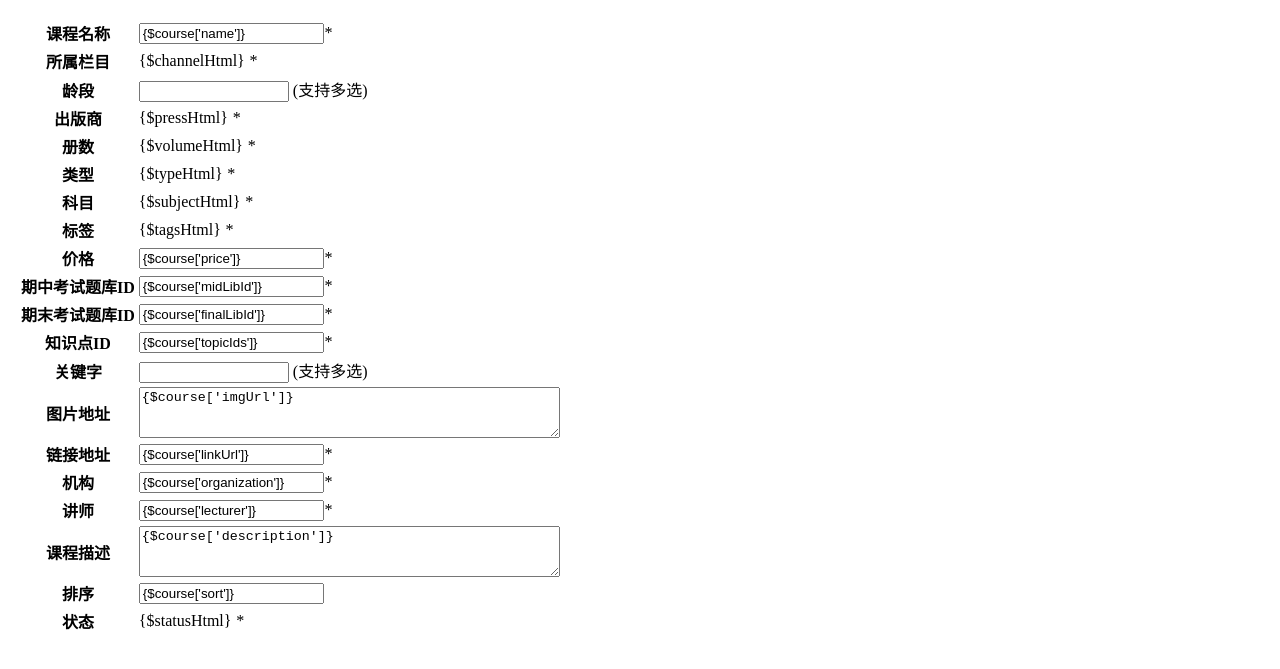
Repository: pridewu/hipi
Page: Education_dev_platform/branches/v1/Application/System/View/v1/Role/edit.html
The author's editor kept a copy of each file at every save. The page is drawn from the files as they stood at one save, then again after the next save.
The browser window is 1280 px wide. The pictures show the whole page.

Above is the page before, as saved 2014-12-05 11:00:17.
Console error: ReferenceError: $ is not defined

After the next save:
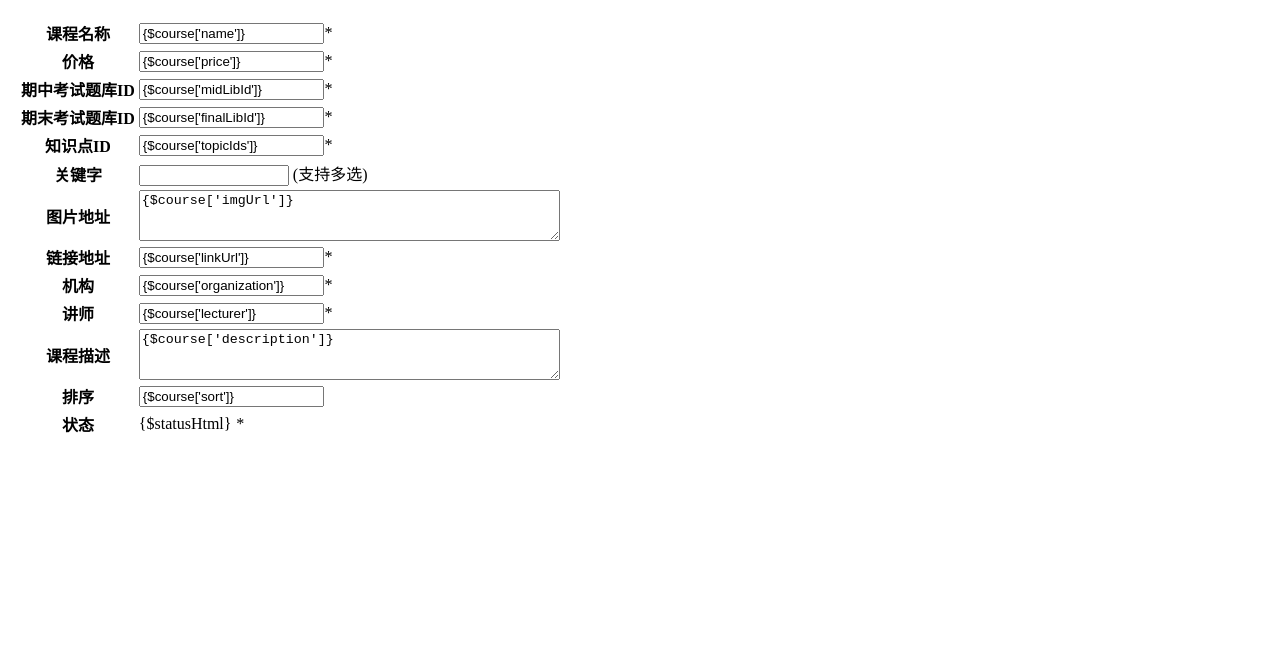
Saved 11 min 1 s later.
--- a/Education_dev_platform/branches/v1/Application/System/View/v1/Role/edit.html
+++ b/Education_dev_platform/branches/v1/Application/System/View/v1/Role/edit.html
@@ -6,17 +6,6 @@
 			<input type="hidden" id="id" name="id" value="{$course['id']}"/>
 			<input type="text" id="name" name="name" value="{$course['name']}"/><em>*</em>
 		</td>
-	</tr>
-	<tr><th>所属栏目</th><td>{$channelHtml} <em>*</em></td></tr>
-	<tr><th>龄段</th><td>
-		<input type="hidden" id="aastage" name="stage" value="{$course['stage']}"/>
-		<input id="combobox_stage"  class="easyui-combobox" data-options="valueField:'id',textField:'name'" style="width:150px" /> (支持多选)
-	</td></tr>
-	<tr><th>出版商</th><td>{$pressHtml} <em>*</em></td></tr>
-	<tr><th>册数</th><td>{$volumeHtml} <em>*</em></td></tr>
-	<tr><th>类型</th><td>{$typeHtml} <em>*</em></td></tr>
-	<tr><th>科目</th><td>{$subjectHtml} <em>*</em></td></tr>
-	<tr><th>标签</th><td>{$tagsHtml} <em>*</em></td></tr>
 	<tr>
 		<th>价格</th>
 		<td>
